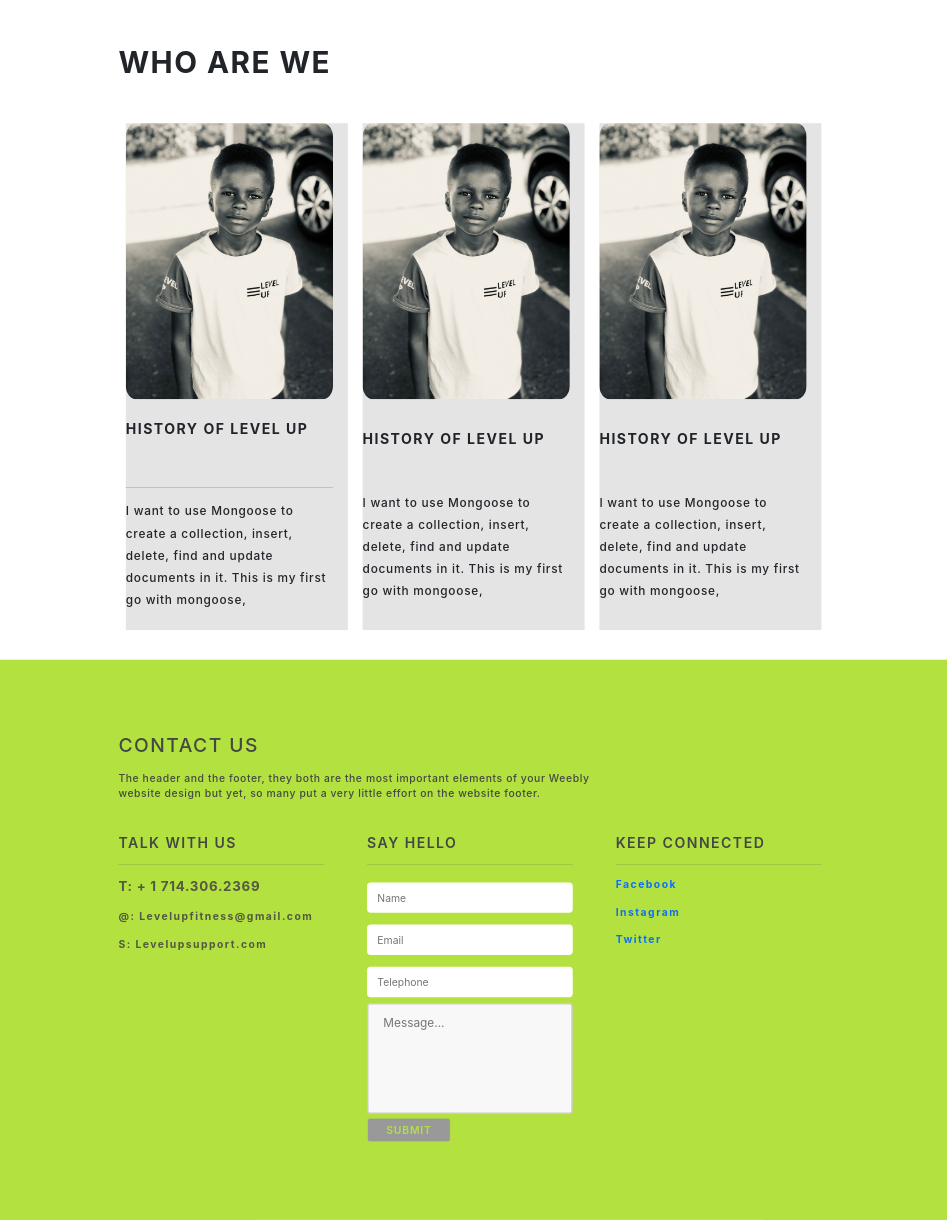
Repository: Bojurie/Level-up
Page: /about (app in client/)
These files come from the project's save history. The page is drawn as it stood at one moment and after the next save; the edit follows.
The browser window is 1280 px wide. The pictures show the part of the page from y = 314 to 1962 px (the page is 1962 px tall before and 1959 px after), at 74% of full size.
Some web fonts or font styles are not loaded; a fallback is used. Some web libraries are served in a nearby version. The project was rebuilt for these pictures with package versions that can differ from the ones it lists, and the page was loaded fresh each time. Also part of the build but not shown: client/src/components/Carousel.js, client/src/components/HomeVlog.css, client/src/components/HomeVlog.js, client/src/components/homeProducts.css, client/src/components/HomeProducts.js, client/src/components/Card.js, client/src/components/HomeShop.css, client/src/components/HomeShop.js and 10 more. Imported but missing from the stored project, and not drawn on this page: client/src/components/Chart.

Above is the page before, as saved 2022-11-30 16:13:03.

### client/public/index.html
<!DOCTYPE html>
<html lang="en">
  <head>
    <meta charset="utf-8" />
    <link rel="icon" href="%PUBLIC_URL%/favicon.ico" />
    <meta name="viewport" content="width=device-width, initial-scale=1" />
    <meta name="theme-color" content="#000000" />
    <meta
      name="description"
      content="Web site created using create-react-app"
    />
    <link rel="apple-touch-icon" href="%PUBLIC_URL%/logo192.png" />
    <link rel="manifest" href="%PUBLIC_URL%/manifest.json" />

    <link rel="preconnect" href="https://fonts.googleapis.com" />
    <link rel="preconnect" href="https://fonts.gstatic.com" crossorigin />
    <link
      href="https://fonts.googleapis.com/css2?family=Asap+Condensed:ital,wght@0,400;0,500;1,400&family=Chivo:wght@300;400&family=Jura:wght@300;400;500;600;700&family=Lato:ital,wght@0,400;0,700;1,400&family=Nunito+Sans:wght@400;600&family=Oswald:wght@300;500;700&family=Playball&family=Roboto:ital,wght@0,400;0,500;1,500&family=Wallpoet&display=swap"
      rel="stylesheet"
    />

    <link
      rel="stylesheet"
      href="https://cdn.jsdelivr.net/npm/bootstrap@5.1.3/dist/css/bootstrap.min.css"
      integrity="sha384-1BmE4kWBq78iYhFldvKuhfTAU6auU8tT94WrHftjDbrCEXSU1oBoqyl2QvZ6jIW3"
      crossorigin="anonymous"
    />
    <script
      src="https://kit.fontawesome.com/5ffdb52964.js"
      crossorigin="anonymous"
    ></script>
    <title>React App</title>
    <script
      src="https://kit.fontawesome.com/5ffdb52964.js"
      crossorigin="anonymous"
    ></script>
  </head>
  <body>
    <noscript>You need to enable JavaScript to run this app.</noscript>
    <div id="root"></div>
    <!--
      This HTML file is a template.
      If you open it directly in the browser, you will see an empty page.

      You can add webfonts, meta tags, or analytics to this file.
      The build step will place the bundled scripts into the <body> tag.

      To begin the development, run `npm start` or `yarn start`.
      To create a production bundle, use `npm run build` or `yarn build`.
    -->
  </body>
</html>

### client/src/App.js
import React from 'react';
// import { BrowserRouter as Router, Route, Routes } from 'react-router-dom';
import { BrowserRouter as Router, Route, Routes} from 'react-router-dom'


import Home from './pages/Home';
import About from './pages/About';
import Shop from './pages/Shop';
import Contact from './pages/Contact';
import Navbar from './components/Navbar';
import Footer from './components/Footer';
import LogIn from './pages/LogIn';
import Register from './pages/Register';
import Chart from './components/Chart';
import Vlog from './pages/Vlog';

import {DataProvider} from './components/Context'


function App() {

  return (
        <Router>
          <DataProvider>
          <Navbar />
          <Routes>
              <Route path='/' element={<Home />} />
              <Route path='/about' element={<About />} />
              <Route path='/contact' element={<Contact />} />
              <Route path='/shop' element={<Shop />} />
              <Route path='/vlog' element={<Vlog />} />
              <Route path='/login' element={<LogIn/>} />
              <Route path='/register' element={<Register />} />
              <Route path='/chart' element={<Chart/>} />
          </Routes>
          <Footer />
          </DataProvider>
        </Router>
  );
}

export default App;

### client/src/pages/About.js
import React from 'react';
import './About.css';

import DarkImage from '../images/IMG_5367.jpg'
import { FormTitle } from '../components/FormTitle';
const imgse = DarkImage;

const About = () => {

  return (
    <div className='about'>
    <FormTitle className="sign-in-form__title" />
      <div className=''>
          <div className='aboutContainer'>
            <h1> Who Are We </h1>
            <div className='aboutContent'>
              <div className='aboutParagraph'>
                <div className='AboutUs-content'>
                    <div className='AboutHistory'>
                        <div className='history-img'>
                            <img src={imgse} alt='img'/>
                        </div>
                        <div className='history-content'>
                          <h1>History of Level Up</h1><hr/>
                          <p>I want to use Mongoose to create a collection, insert, delete, find and update documents in it. This is my first go with mongoose,</p>
                        </div>
                    </div>
                    <div className='AboutGoal'>
                        <div className='history-img'>
                            <img src={imgse} alt='img'/>
                        </div>
                        <div className='history-content'>
                          <h1>History of Level Up</h1>
                          <p>I want to use Mongoose to create a collection, insert, delete, find and update documents in it. This is my first go with mongoose,</p>
                        </div>
                    </div>
                    <div className='Aboutproduct'>
                        <div className='history-img'>
                            <img src={imgse} alt='img'/>
                        </div>
                        <div className='history-content'>
                          <h1>History of Level Up</h1>
                          <p>I want to use Mongoose to create a collection, insert, delete, find and update documents in it. This is my first go with mongoose,</p>
                        </div>
                    </div>

                </div>



              </div>
            </div>
          </div>
      </div>
    </div>
  );
}

export default About;

### client/src/components/Navbar.js
import React from 'react';
import { Link } from 'react-router-dom';

import './Navbar.css'
import Logo from '../images/Logo.png'



const Navbar = () => {
  return (
    <nav className='navbar'>
      <div className='navbar-wrapper'>
        <Link to='/' className='logo'>
            <img src={Logo} alt='logo' />
        </Link>
        <ul className='navbar-links'>
            <Link to='/' >Home </Link>
            <Link to='/shop'> Shop</Link>
            <Link to='/Vlog'> V-Log</Link>
            <Link to='/about'> About</Link>
            <Link to='/contact'> Contact</Link>
            <Link to='/login'> Login </Link>
            <Link to='/register'>SignUp</Link>
            <Link to='/chart'><i class="fa-solid fa-cart-shopping"></i></Link>

        </ul>
      </div>

    </nav>
  );
}

export default Navbar;

### client/src/components/Footer.js
import React from 'react';
import { Link } from 'react-router-dom';
  import { FontAwesomeIcon } from '@fortawesome/react-fontawesome'
  import { instagram } from '@fortawesome/free-solid-svg-icons'

import './Footer.css';

const Footer = () => {
  return (
    <div className='footer'>
      <div className='footer-wrapper'>
        <div className='footer-header-wrapper'>
          <div className='footer-header'>
            <h1>Contact Us</h1>
          </div>
          <div className='footer-paragraph'>
            <p>The header and the footer, they both are the most important elements of your Weebly website design but yet, so many put a very little effort on the website footer.</p>
          </div>

        </div>
        <div className='footer-nav-content'>
            <div className='footer-navs-left'>
              <h3>Talk With Us</h3><hr/>
              <div className='footer-contact'>
                <div className='tel'>
                  <p>T: + 1 714.306.2369</p>
                </div>
                <div className='email'>
                  <p>@: Levelupfitness@gmail.com</p>
                </div>
                <div className='support'>
                  <p>S: Levelupsupport.com</p>
                </div>

              </div>

            </div>
            <div className='footer-navs-middle'>
                <h3>Say Hello</h3><hr/>
              <div className='footer-form'>

                  <form className='form'>
                    <input type='text' placeholder=' Name' />
                    <input type='text' placeholder=' Email' />
                    <input type='text' placeholder=' Telephone' />
                    <textarea placeholder='Message...' />
                  </form>
                  <div className='form-btn'>
                    <input type='submit' placeholder='' />
                  </div>

              </div>
            </div>
            <div className='footer-navs-right'>
              <h3>Keep Connected</h3><hr/>
              <div className='social-media'>
                <p><Link to='/'>Facebook</Link></p>
                <p><Link to='/'><FontAwesomeIcon icon="fa-brands fa-instagram" /> Instagram</Link></p>
                <p><Link to='/'>Twitter</Link></p>

              </div>

            </div>
        </div>


      </div>
    </div>
  );
}

export default Footer;

### client/src/components/Context.js
import React,{Component} from 'react';
export const DataContext = React.createContext();

export class DataProvider extends Component {
  constructor(props) {
    super(props)

    this.state = {
       products: [
         {
          "_id": "1",
          "title": "Level-Up Sweat Pant",
          "src": "https://images.unsplash.com/photo-1618354691373-d851c5c3a990?ixlib=rb-1.2.1&ixid=MnwxMjA3fDB8MHxwaG90by1wYWdlfHx8fGVufDB8fHx8&auto=format&fit=crop&w=658&q=80",
          "description": "Classic fit for running and outdoor activities.",
          "price": 39,
          "colors": ["red", "blue", "black"],
          "count": 2,
         },
         {
          "_id": "2",
          "title": "Kids Level-Up SweatPant",
          "src": "https://images.unsplash.com/flagged/photo-1555895312-bbc472c964f3?ixlib=rb-1.2.1&ixid=MnwxMjA3fDB8MHxwaG90by1wYWdlfHx8fGVufDB8fHx8&auto=format&fit=crop&w=388&q=80",
          "description": "Kids track sweatsuit for running or leisure activities",
          "price": 20,
          "colors": ["red", "blue", "black"],
          "count": 2,
         },
         {
          "_id": "3",
          "title": "Level Up Tank Top",
          "src": "https://images.unsplash.com/photo-1618354691373-d851c5c3a990?ixlib=rb-1.2.1&ixid=MnwxMjA3fDB8MHxwaG90by1wYWdlfHx8fGVufDB8fHx8&auto=format&fit=crop&w=658&q=80",
          "description": "description",
          "price": 20,
          "colors": ["red", "blue", "black"],
          "count": 2,
         },
         {
          "_id": "4",
          "title": "Level Up T-Shirt",
          "src": "https://images.unsplash.com/photo-1618354691373-d851c5c3a990?ixlib=rb-1.2.1&ixid=MnwxMjA3fDB8MHxwaG90by1wYWdlfHx8fGVufDB8fHx8&auto=format&fit=crop&w=658&q=80",
          "description": "description",
          "price": 20,
          "colors": ["red", "blue", "black"],
          "count": 2,
         },
         {
          "_id": "5",
          "title": "Level Up Sweater",
          "src": "https://images.unsplash.com/photo-1618354691373-d851c5c3a990?ixlib=rb-1.2.1&ixid=MnwxMjA3fDB8MHxwaG90by1wYWdlfHx8fGVufDB8fHx8&auto=format&fit=crop&w=658&q=80",
          "description": "description",
          "price": 20,
          "colors": ["red", "blue", "black"],
          "count": 2,
         },
         {
          "_id": "6",
          "title": "Level Up Embroidery Shirt",
          "src": "https://images.unsplash.com/photo-1618354691373-d851c5c3a990?ixlib=rb-1.2.1&ixid=MnwxMjA3fDB8MHxwaG90by1wYWdlfHx8fGVufDB8fHx8&auto=format&fit=crop&w=658&q=80",
          "description": "description",
          "price": 20,
          "colors": ["red", "blue", "black"],
          "count": 2,
         },
       ]
    }
  }

  render(){
    const {products} = this.state;
    return(
      <DataContext.Provider value={{products}}>
        {this.props.children}
      </DataContext.Provider>
    )
  }
}
export default DataProvider;

### client/src/pages/About.css
.aboutContainer h1 {
  padding: 20px 0 50px 0;
  text-transform: uppercase;
  font-weight: bold;
  letter-spacing: 2px;
}

.aboutContainer {
  padding: 40px 160px;
}

.aboutParagraph p {
  letter-spacing: 1px;
  line-height: 30px;
  font-weight: 500;
}

.aboutParagraph img {
  border-radius: 5%;
  float: left;
  margin: 0 30px 0 0;
}

.AboutUs-content {
  display: flex;
}

.AboutHistory,
.AboutGoal,
.Aboutproduct {
  display: grid;
    padding: 0 20px 0 0;
    margin: 0 auto;
    width: 300px;
    background-color: rgb(229, 228, 228);
}

.history-img {
}

.history-content {
  padding: 10px 0;
}
.history-content h1{
  font-size: 19px;
}

### client/src/components/FormTitle.js
import React from "react";
import './FormTitle.css';

export function FormTitle(props) {
  const { className, text } = props;
  return <h1 className={`${className} form-title`}>{text}</h1>;
}

### client/src/components/Navbar.css
.logo img {
  width: 250px;
}

.navbar {
  padding-top: 0;
  display: contents;
}

.navbar-wrapper {
  display: flex;
  /* justify-content: center; */
  align-items: center;
  height: 90px;
  background: #b3e140;
  padding: 0 50px;
  justify-content: space-between;
}

.navbar-links {
  margin-bottom: 0;
}

.navbar-links a {
  font-size: 14px;
  letter-spacing: 2px;
  font-weight: 700;
  text-transform: capitalize;
  margin: 0 10px;
  color: rgb(68, 72, 67);

}

a {
  list-style: none;
  text-decoration: none;
}

### client/src/components/Footer.css
.footer {
  background-color: #b3e140;
      font-size: 14px;
    letter-spacing: 2px;
    font-weight: 700;

    color: rgb(68, 72, 67);
}
.footer-header h1 {
 font-size: 26px;
 text-transform: uppercase;
 letter-spacing: 2px;
}

.footer-navs {
  text-decoration: none;
  list-style-type: none;

}
.footer-navs li{
  padding: 10px 0;
  letter-spacing: 1px;
  text-transform: uppercase;
  font-weight: 600;

}
.footer-wrapper {
  padding: 100px 160px;
}

.footer-contact {



}
.footer-nav-content p {
 color: #424141db;
}
.footer-contact > .tel p{
    font-size: 18px;
    letter-spacing: 1px;

}
.footer-contact > .email p{
    font-size: 14px;
    /* letter-spacing: 2px; */
}
.footer-contact > .support p{
    font-size: 14px;
    letter-spacing: 2px;
}
.footer-paragraph {
  width: 70%;
  letter-spacing: .8px;
  font-weight: 500;
  padding: 10px 0;
}
.footer-wrapper h3{
 text-transform: uppercase;
 letter-spacing: 2px;
 font-size: 19px;
 font-weight: 600;

}

.footer-nav-content {
  display: flex;
  justify-content: space-between;
}



.footer-navs-left,
.footer-navs-middle,
.footer-navs-right{

  padding: 20px 10px 0 0;
  border-radius: 10px;
}

.footer-form {
  background-color: none !important;
}

/* footer Left section */
.footer-navs-left {
  width: 30%;
}

/* footer Middle section */
.footer-navs-middle {
 width: 30%;
}

.form {
  display: grid;
}
.form input {
  padding: 10px ;
  margin: 8px 0;
  border-radius: 5px;
  border: none;
}
.form input:focus {
  border: none;
}

.form textarea {
   width: 100%;
  height: 150px;
  padding: 12px 20px;
  box-sizing: border-box;
  border: 2px solid #ccc;
  border-radius: 4px;
  background-color: #f8f8f8;
  font-size: 16px;
  resize: none;
}
.form input:active {

  border: 1px solid rgb(241, 234, 234);

}
.form-btn {

}
.form-btn input {
     padding: 5px 25px;
    margin: 5px 0;
    border-radius: 4px;
    background-color: #999999;
    border: 1px solid  #b3e140;
    color: #b3e140;
    letter-spacing: 1.1px;
    font-weight: 600;
    text-transform: uppercase;
}

.footer-navs-right {
  width: 30%;
}

### client/src/components/Carousel.css
 .d-block {
   width: 100%;
   /* object-fit: cover; */
   /* object-position: 50% 50%; */
   /* background-size: contain;
   background-repeat: no-repeat; */
 }


 img {

   max-width: 100%;
   max-height: 100%;
   object-fit: cover;
   background-repeat: no-repeat;
 }

 .carousel-item img {
   width: 1000px;
   height: 500px;
 }

 .carousel-caption {
   top: 50%;
 }

 .carousel {
   object-fit: contain;
 }

### client/src/components/FormTitle.css
.form-title {
  font-size: 3rem;
  font-weight: 700;
  line-height: 2rem;
  margin: auto 0;
  color: white;
  background-image: url('https://images.unsplash.com/photo-1581397867105-8c988bd747e6?ixlib=rb-4.0.3&ixid=MnwxMjA3fDB8MHxwaG90by1wYWdlfHx8fGVufDB8fHx8&auto=format&fit=crop&w=1170&q=80') ;
    background-repeat: no-repeat;
  background-position: center;
  background-size: cover;
  padding: 7rem 0 7rem 10rem;
  letter-spacing: 5px;
  text-transform: uppercase;
  display: flex;
  justify-content: flex-start;

}
.form-title h1{


}


.shopForm-title {
 font-size: 3rem;
  font-weight: 700;
  line-height: 2rem;
  letter-spacing: 5px;
  text-transform: uppercase;
  display: flex;
  margin: auto 0;
   background-image: url('https://images.unsplash.com/photo-1581397867105-8c988bd747e6?ixlib=rb-4.0.3&ixid=MnwxMjA3fDB8MHxwaG90by1wYWdlfHx8fGVufDB8fHx8&auto=format&fit=crop&w=1170&q=80') ;
    background-repeat: no-repeat;
  background-position: center;
  background-size: cover;

  padding: 7rem 0 7rem 10rem;
  justify-content: flex-start;

}
.FormTitleLogin-title {
  font-size: 3rem;
  font-weight: 700;
  line-height: 2rem;
  padding: 6rem 0;
  letter-spacing: 5px;
  text-transform: uppercase;
  display: flex;
  justify-content: center;
  margin: auto 0;
   background-image: url('https://images.unsplash.com/photo-1609770231080-e321deccc34c?ixlib=rb-4.0.3&ixid=MnwxMjA3fDB8MHxwaG90by1wYWdlfHx8fGVufDB8fHx8&auto=format&fit=crop&w=765&q=80') ;
    background-repeat: no-repeat;
  background-position: center;
  background-size: cover;

}
.ContactForm-title {
 /* font-size: 3rem;
  font-weight: 700;
  line-height: 2rem;
  text-transform: uppercase; */
  display: flex;
  margin: auto 0;
   background-image: url('https://images.unsplash.com/photo-1587560699334-bea93391dcef?ixlib=rb-4.0.3&ixid=MnwxMjA3fDB8MHxwaG90by1wYWdlfHx8fGVufDB8fHx8&auto=format&fit=crop&w=1170&q=80') ;
    background-repeat: no-repeat;

 padding: 7rem 0 7rem 10rem;
  letter-spacing: 5px;
  justify-content: flex-start;

}
.RegisterForm-title {
  font-size: 3rem;
  font-weight: 700;
  line-height: 2rem;
  padding: 6rem 0;
  letter-spacing: 5px;
  text-transform: uppercase;
  display: flex;
  justify-content: center;
  margin: auto 0;
   background-image: url('https://images.unsplash.com/photo-1563906267088-b029e7101114?ixlib=rb-4.0.3&ixid=MnwxMjA3fDB8MHxwaG90by1wYWdlfHx8fGVufDB8fHx8&auto=format&fit=crop&w=1170&q=80') ;
    background-repeat: no-repeat;
  /* background-position: bottom; */
  /* background-size: cover; */
    /* background-attachment: */


}
.VlogForm_title h1{


}
.VlogForm_title {
  /* font-size: 3rem;
  font-weight: 700;
  line-height: 2rem; */
  padding: 7rem 0 7rem 10rem;
  letter-spacing: 5px;
  text-transform: uppercase;
  display: flex;
  justify-content: flex-start;
  margin: auto 0;
   background-image: url('https://images.unsplash.com/photo-1440778303588-435521a205bc?ixlib=rb-4.0.3&ixid=MnwxMjA3fDB8MHxwaG90by1wYWdlfHx8fGVufDB8fHx8&auto=format&fit=crop&w=1470&q=80') ;
    background-repeat: no-repeat;
  background-position: center;
  background-size: cover;

}

@media screen and (max-width: 414px) {
  .form-title {
    padding: 4rem 1rem;

  }

}

### client/src/components/auth/LoginForm.css
.loginForm-wrapper {
  text-align: center;
    justify-content: center;
    width: 600px;
    margin: auto;
    padding: 90px 0;

}
.login-header {
  text-transform: uppercase;
  letter-spacing: 2px;
  font-weight: 600;
}


form {
  display: grid;
}

.loginForm-header {
  font-size: 20px;
}

.loging
form input {
  margin: 5px 0;
  padding: 10px;
  border-radius: 10px;
  border: 1px solid white;
  background-color: rgba(243, 247, 255, 0.715) !important;
}
form input:focus{
  border: 2px solid green;
}
form > .loginBtn > input{
  padding: 8px;
  width: 100%;
  background-color:#999999!important;
  color: #ccf368;
  font-weight: 700;
  border: none;
  margin:5px 0 ;
  font-size: 20px;
  letter-spacing: 3px;
}

### client/src/components/auth/registerForm.css

.registerForm-wrapper {
  text-align: center;
    justify-content: center;
    width: 600px;
    margin: auto;
    padding: 90px 0;

}
.login-header {
  text-transform: uppercase;
  letter-spacing: 2px;
  font-weight: 600;
}


form {
  display: grid;
}

.loginForm-header {
  font-size: 20px;
}

.register
form input {
  margin: 5px 0;
  padding: 10px;
  border-radius: 10px;
  border: 1px solid white;

}
form input:focus{
  border: 2px solid green;
}
form > .loginBtn > input{
  padding: 8px;
  width: 100%;
  background-color: #b3e140 !;
  border: none;
  margin:5px 0 ;
}

Loaded but not shown: client/src/index.js (common file); client/src/index.css (common file)

After the next save:
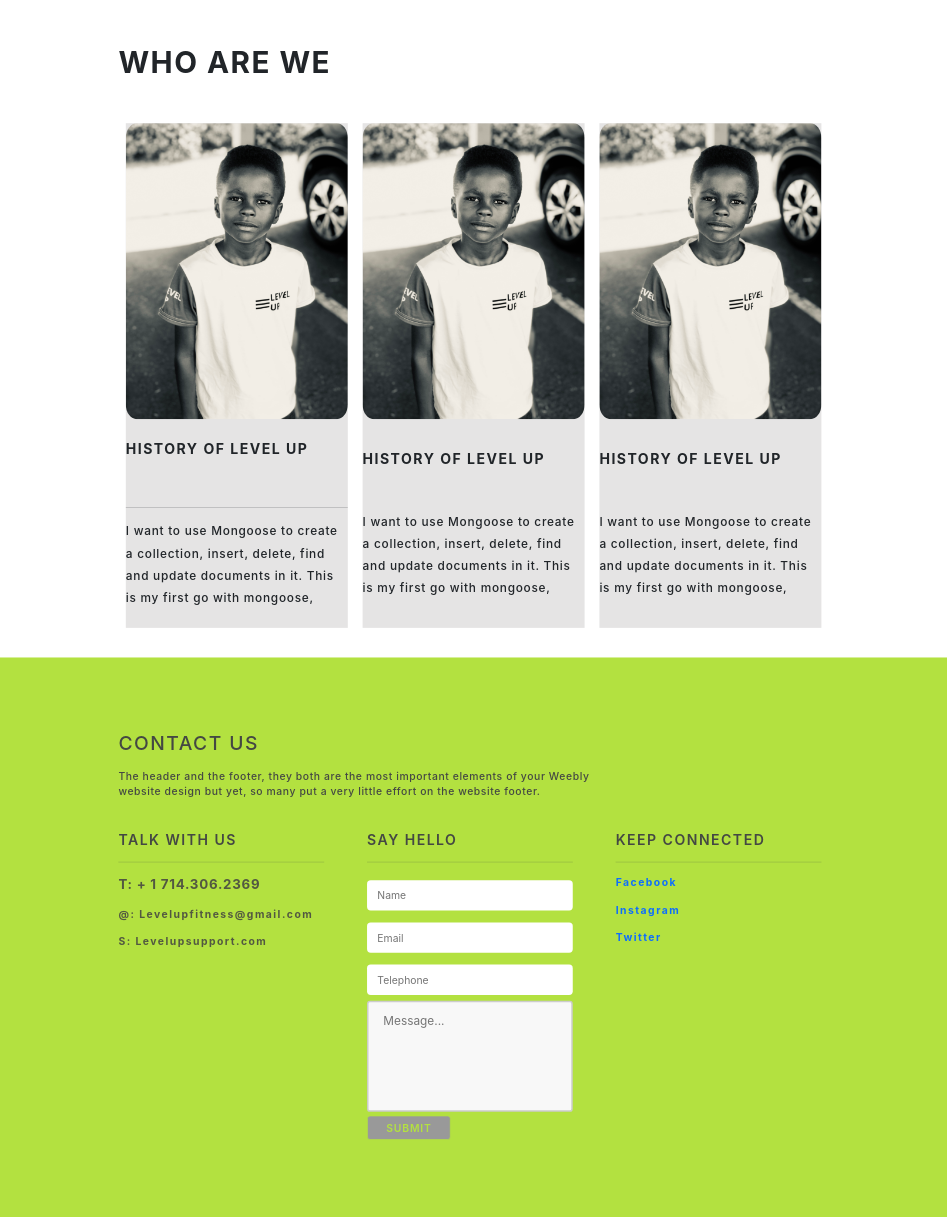
Saved 2 min 10 s later.
--- a/client/src/pages/About.css
+++ b/client/src/pages/About.css
@@ -29,7 +29,6 @@
 .AboutGoal,
 .Aboutproduct {
   display: grid;
-    padding: 0 20px 0 0;
     margin: 0 auto;
     width: 300px;
     background-color: rgb(229, 228, 228);
